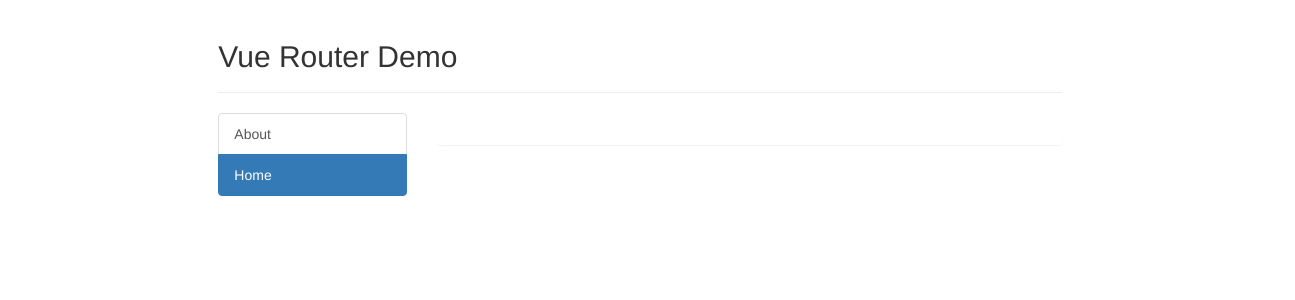
Repository: ldqml/vue.test
Page: /#/home (app in router/)
An editor plug-in stored every save of this project. The page is shown before and after the next save, followed by the edit.
The browser window is 1280 px wide. The page is 1295 px wide, so the pictures cover 1295 px, including what lies to the right of the window. The pictures show the whole page.
The project was rebuilt for these pictures with package versions that can differ from the ones it lists, and the page was loaded fresh each time. Also part of the build but not shown: router/vue.config.js, router/src/components/AboutName.vue, router/src/components/MessAge.vue, router/src/components/NewSofm.vue.

Above is the page before, as saved 2022-08-28 22:08:54.

After the next save:
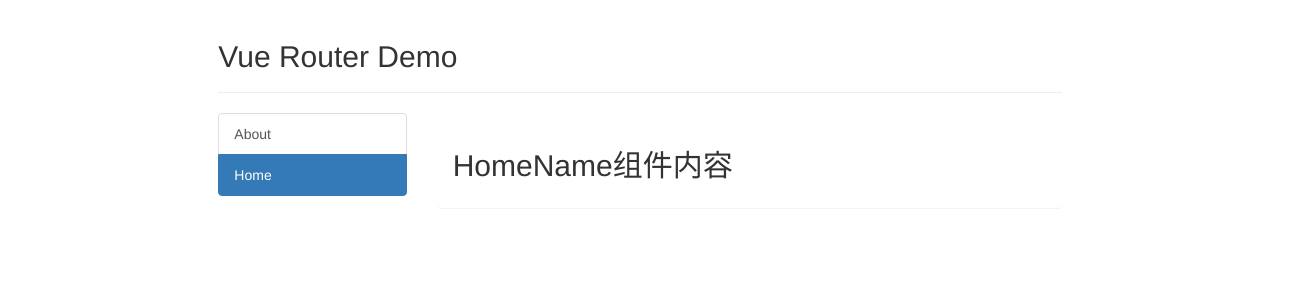
Saved 114 s later.
--- a/router/src/components/HomeName.vue
+++ b/router/src/components/HomeName.vue
@@ -1,5 +1,10 @@
 <template>
+  <div>
+    <h2>HomeName组件内容</h2>
+    <div class="nav nav-table">
 
+    </div>
+  </div>
 </template>
 
 <script>
